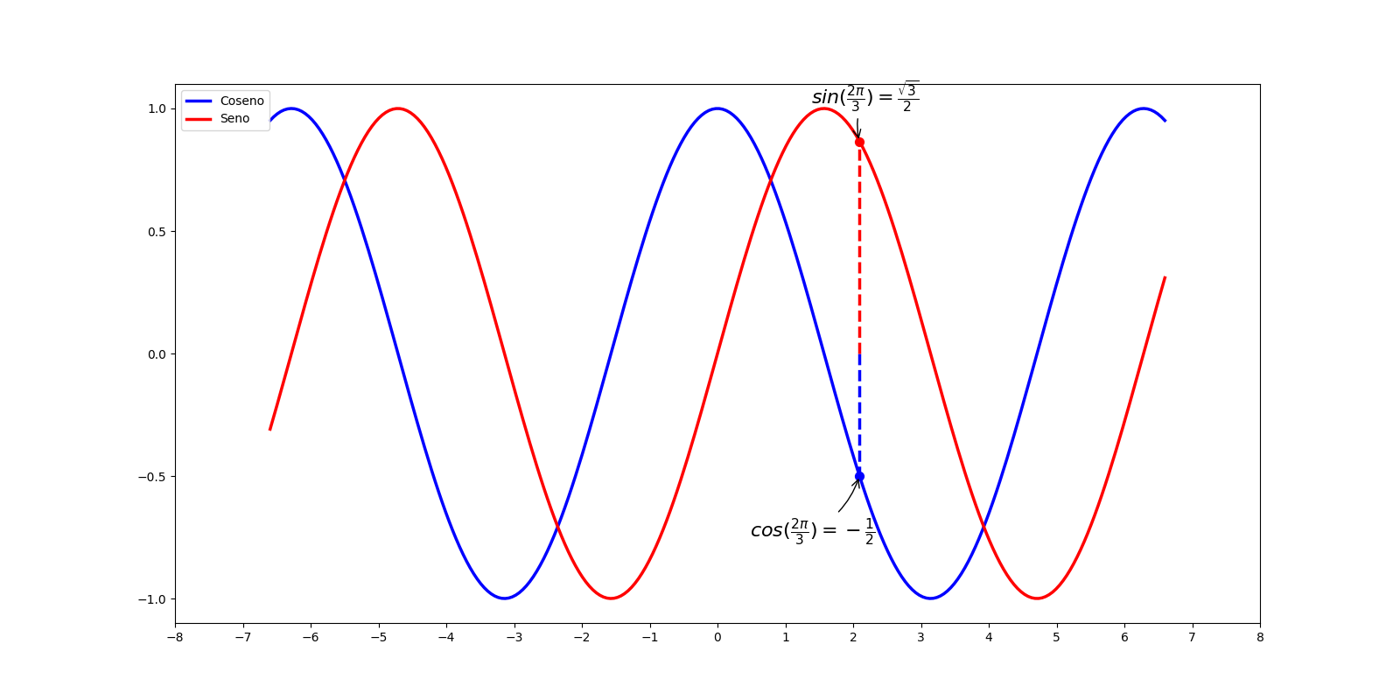
Repository: Jaamunozr/Archivos-python
Script's output: python Archivos Python/Graficas/ejecutable.py
An editor plug-in stored every save of this project. The script's output is shown before and after the next save, followed by the edit.
Figures wider than 1,400 px are first shrunk to that width. Animations are shown at an early frame. Random numbers start from a fixed seed.

Above is the script's output before, as saved 2020-02-16 21:47:10.

After the next save:
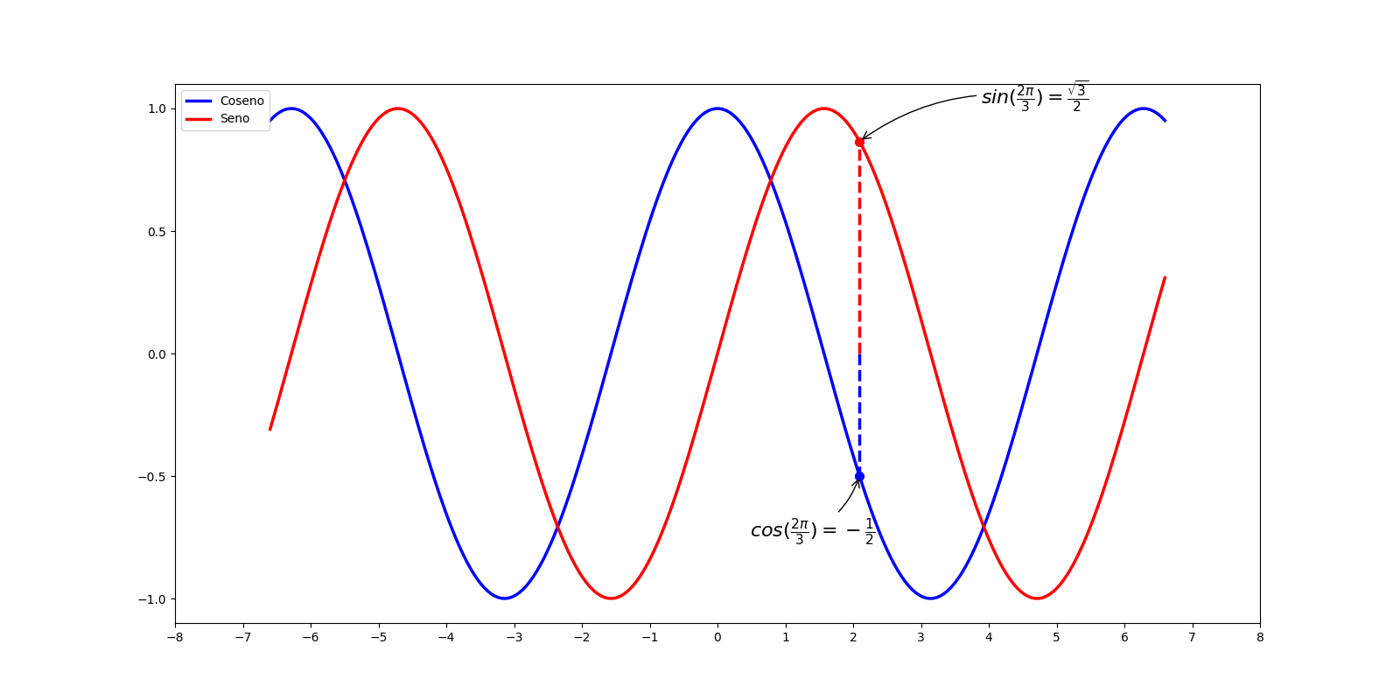
Saved 13 s later.
--- a/Archivos Python/Graficas/ejecutable.py
+++ b/Archivos Python/Graficas/ejecutable.py
@@ -60,7 +60,7 @@ pl.scatter([t, ], [np.cos(t), ], 50, color='blue')
 
 pl.annotate(r'$sin(\frac{2\pi}{3})=\frac{\sqrt{3}}{2}$',
             xy=(t, np.sin(t)), xycoords='data',
-            xytext=(-40, +30), textcoords='offset points', fontsize=16,
+            xytext=(100, +30), textcoords='offset points', fontsize=16,
             arrowprops=dict(arrowstyle="->", connectionstyle="arc3,rad=.2")) #DIRECCION DE LA FLECHA
 
 pl.plot([t, t],[0, np.sin(t)], color='red', linewidth=2.5, linestyle="--")
